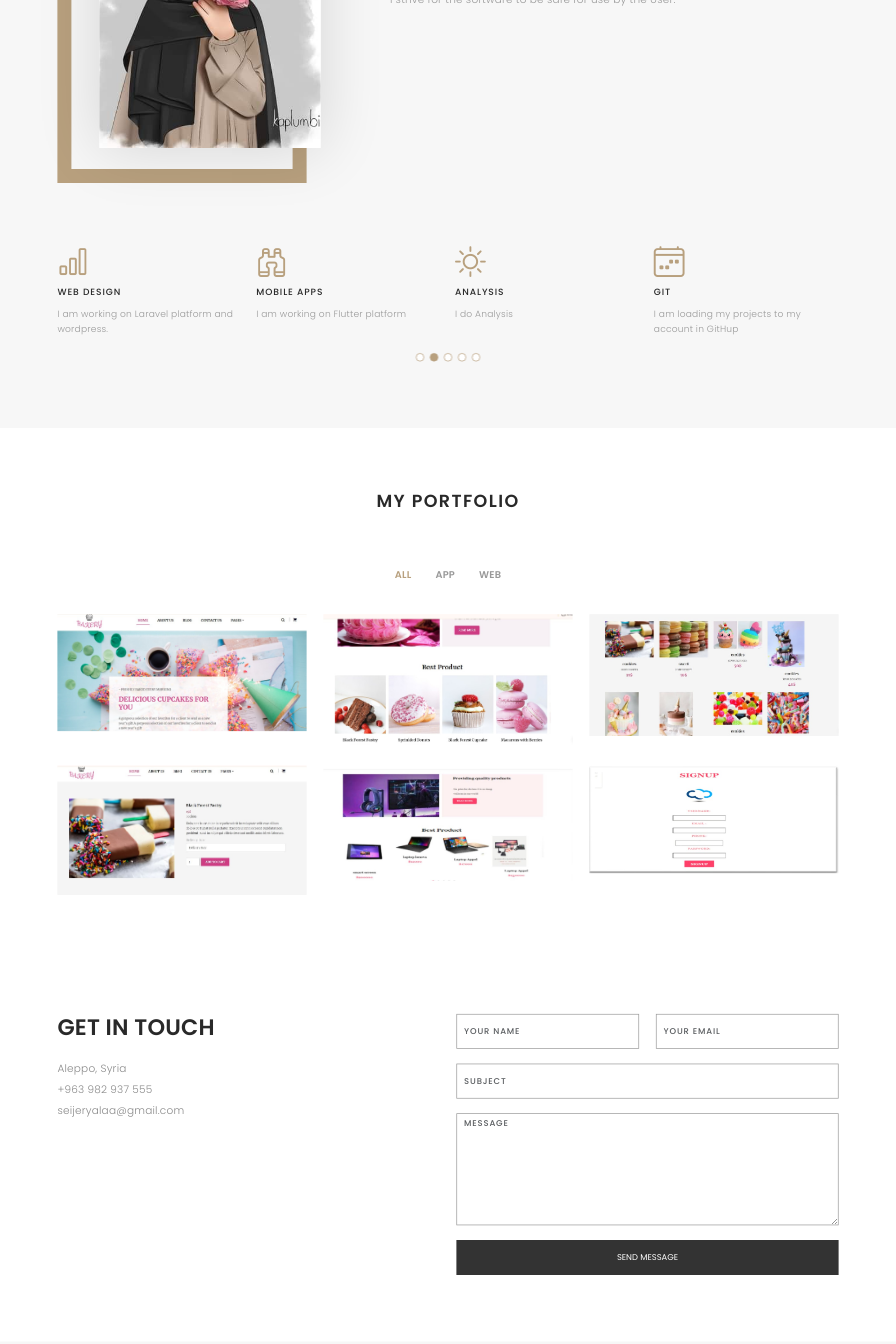
Repository: AlaaBashirSaijary/Library
Page: http://localhost/home
An editor plug-in stored every save of this project. The page is shown before and after the next save, followed by the edit.
The browser window is 1280 px wide. The pictures show the part of the page from y = 989 to 2909 px (the page is 3056 px tall), at 70% of full size.
Some web fonts or font styles are not loaded; a fallback is used. The page is served by the project's Laravel application, run on PHP 8.4 with Laravel 10.

Above is the page before, as saved 2024-01-06 05:12:00.

After the next save:
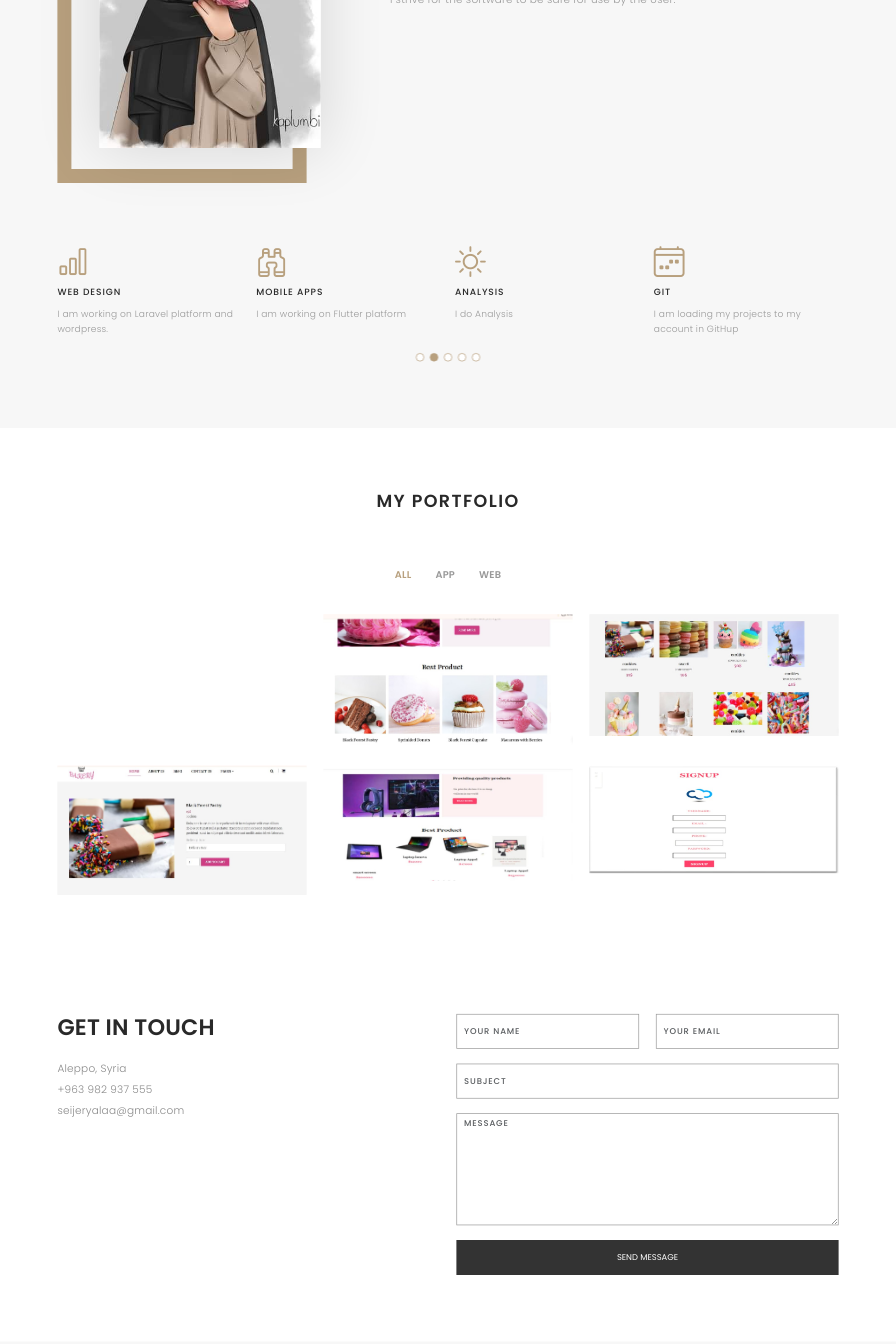
Saved 4 h 11 min later.
--- a/resources/views/pages/home.blade.php
+++ b/resources/views/pages/home.blade.php
@@ -128,7 +128,7 @@
         <div class="row portfolio-container">
 
           <div class="col-lg-4 col-md-6 portfolio-item filter-app">
-            <img src="{{ asset('img/portfolio/portfolio-1.jpg') }}" class="img-fluid" alt="">
+            <img src="{{ asset('img/portfolio/1.jpg') }}" class="img-fluid" alt="">
             <div class="portfolio-info">
               <h4>App 1</h4>
               <p>App</p>

After the 3 saves that followed:
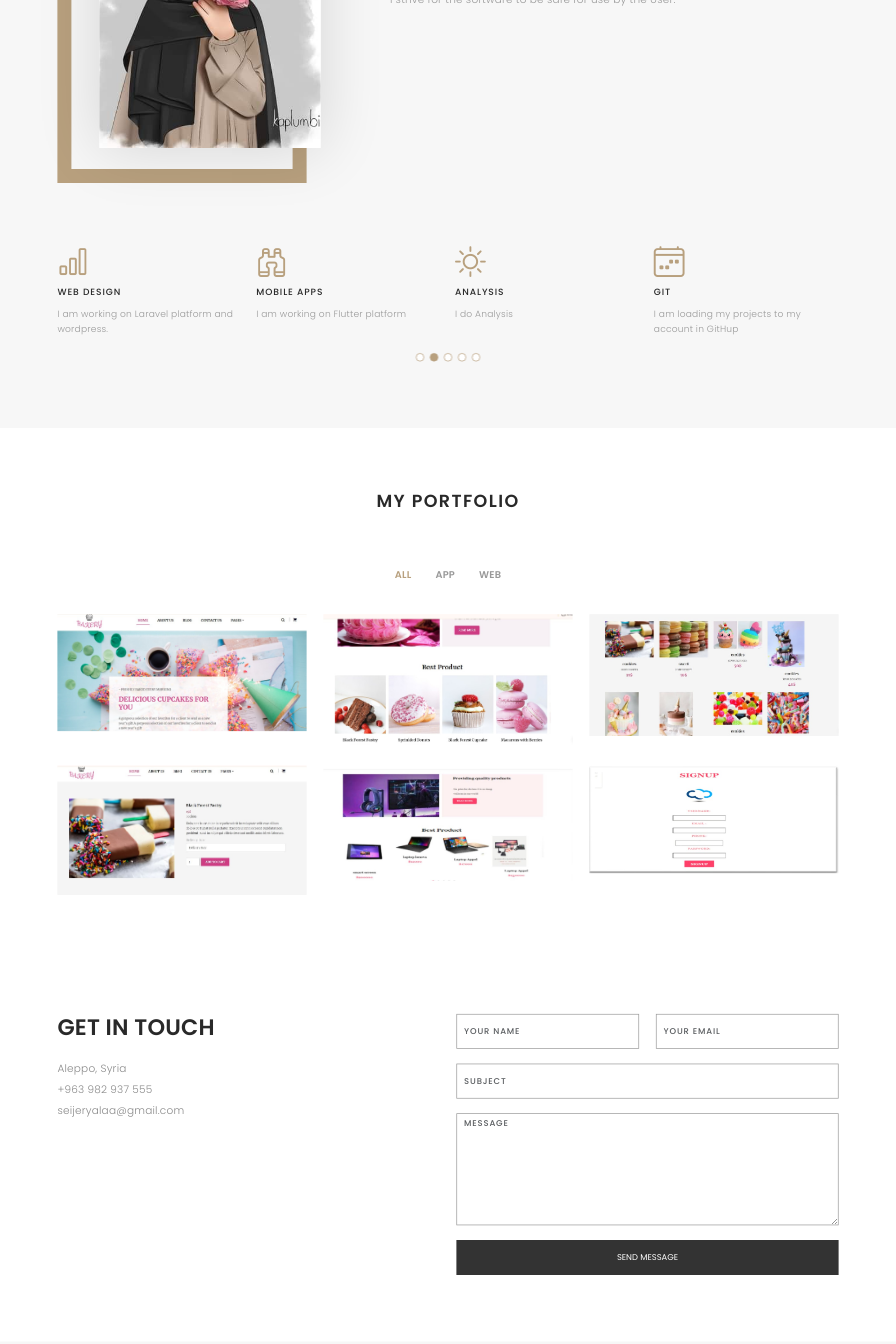
The 3 saves are shown as one change because 1 did not build or start and 1 left the picture as it was.
The last was saved 3 min 44 s later.
--- a/resources/views/pages/home.blade.php
+++ b/resources/views/pages/home.blade.php
@@ -128,7 +128,7 @@
         <div class="row portfolio-container">
 
           <div class="col-lg-4 col-md-6 portfolio-item filter-app">
-            <img src="{{ asset('img/portfolio/1.jpg') }}" class="img-fluid" alt="">
+            <img src="{{ asset('img/portfolio/portfolio-1.jpg') }}" class="img-fluid" alt="">
             <div class="portfolio-info">
               <h4>App 1</h4>
               <p>App</p>
